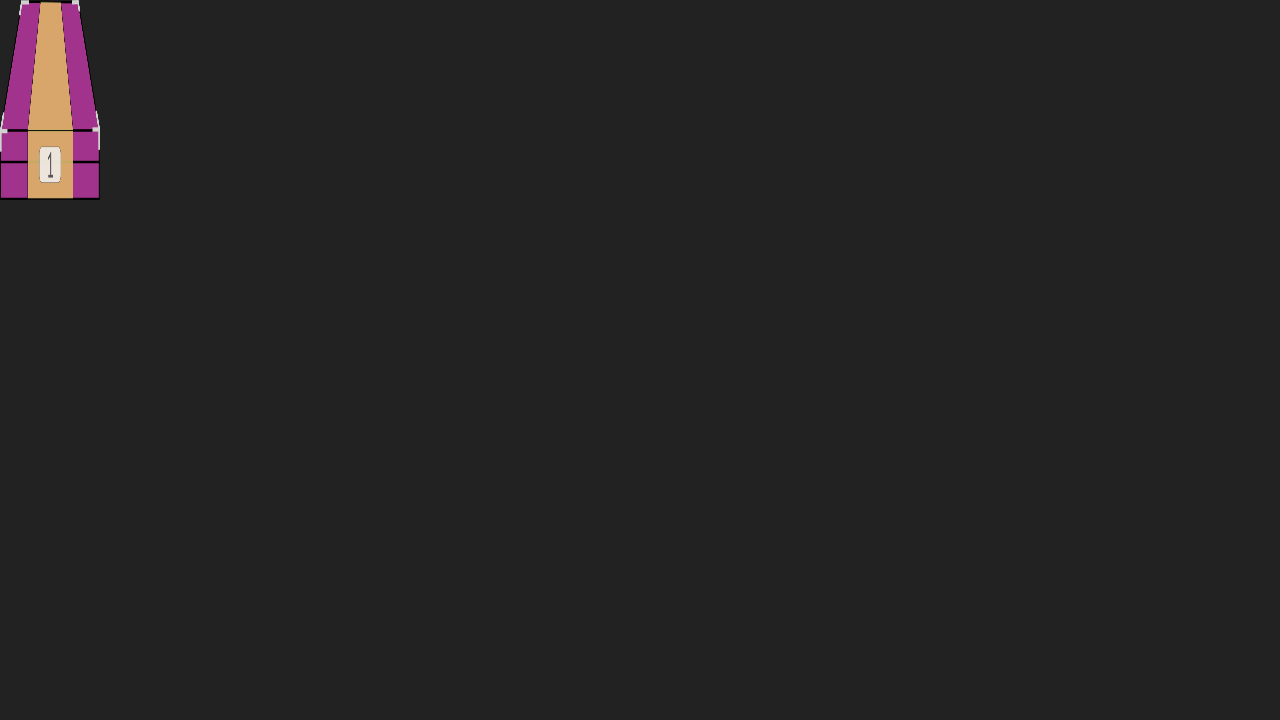
Repository: elnacp/Deal_or_no_deal
Page: DealOrNoDeal/index.html
An editor plug-in stored every save of this project. The page is shown before and after the next save, followed by the edit.
The browser window is 1280 px wide. The pictures show the whole page.

Above is the page before, as saved 2017-11-25 21:26:16.

### DealOrNoDeal/index.html
<!DOCTYPE html>
<html>
<head>
    <meta charset="utf-8" />
    <meta name="viewport" content="width=device-width, initial-scale=1.0, maximum-scale=1.0">
    <meta name="description" content="Tizen TV basic template generated by Samsung TV Web IDE"/>

    <title>Tizen TV Web IDE - Tizen TV - Tizen TV basic Application</title>

    <link rel="stylesheet" type="text/css" href="css/style.css"/>
    <script src="js/main.js"></script>
</head>

<body>
	<div id="panell-esquerra" />
		<input type="image"  id ="image" src="./img/1.png"  "/>



	</div>

</body>

</html>

### DealOrNoDeal/css/style.css
* {
    font-family: Verdana, Lucida Sans, Arial, Helvetica, sans-serif;
}

body {
    margin: 0px auto;
    background-color:#222;
}

.contents {
	display: flex;
	display: -webkit-flex;
	box-sizing: border-box;
	-webkit-box-sizing: border-box;
	height:320px;
}


.content_text {
	font-weight:bold;
	font-size:5em;
	color:#fff;
}

#image{
	width:100px;
	height:200px;
}

### DealOrNoDeal/js/main.js

window.onload = function () {
    // TODO:: Do your initialization job

    // add eventListener for tizenhwkey
    document.addEventListener('tizenhwkey', function(e) {
        if(e.keyName == "back")
	try {
	    tizen.application.getCurrentApplication().exit();
	} catch (ignore) {
	}
    });

    // Sample code
    /*var textbox = document.querySelector('.contents');
    textbox.addEventListener("click", function(){
    	box = document.querySelector('#textbox');
    	box.innerHTML = box.innerHTML == "Basic" ? "Funciona" : "Basic";
    }); */

};

After the next save:
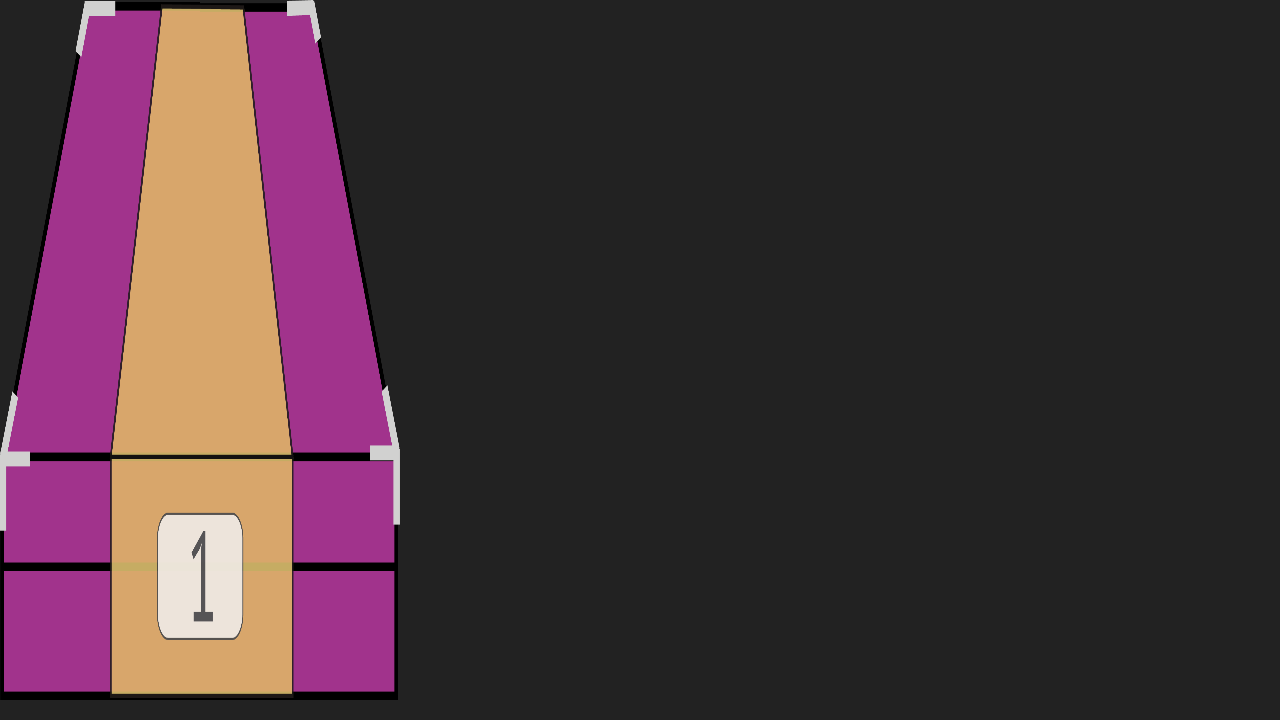
Saved 23 s later.
--- a/DealOrNoDeal/css/style.css
+++ b/DealOrNoDeal/css/style.css
@@ -23,6 +23,6 @@ body {
 }
 
 #image{
-	width:100px;
-	height:200px;
+	width:400px;
+	height:700px;
 }
